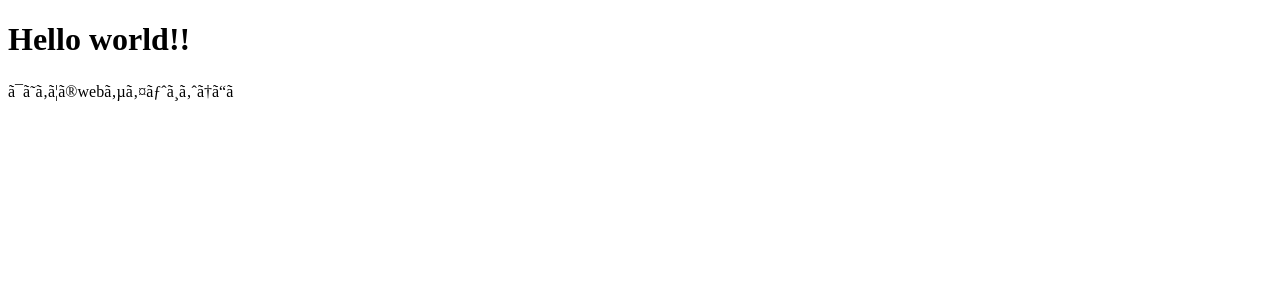
Repository: oshiroyyy/mynews
Page: html/index.html
The author's editor kept a record of every edit. The page is drawn from the files as they stood at one moment, then again after the next edit.
The browser window is 1280 px wide. The pictures show the whole page.

Above is the page before.

### html/index.html
<!DOCTYPE HTML>
<!DOCTYPE html>
<html>
<head>
    <mate charset="UTF-8" />
    <title>TECH BOOST</title>
</head>
    <body>
        <h1>Hello world!!</h1>
        <p>はじめてのwebサイトへようこそ</p>
    </body>
</html>

After the next edit:
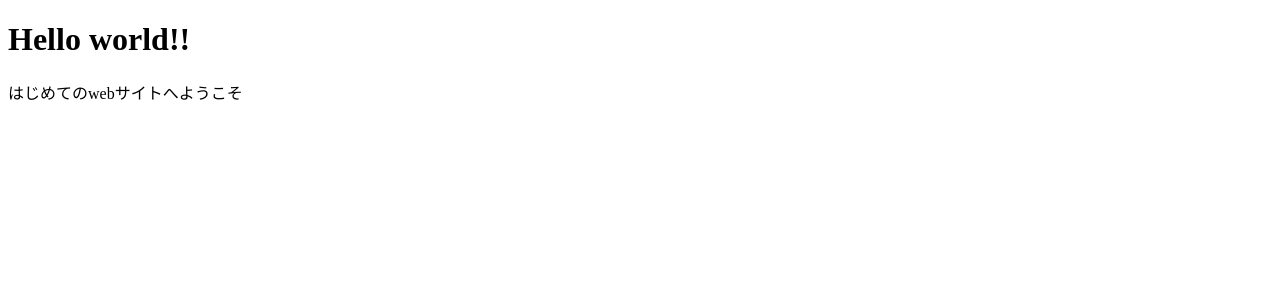
The edit:
--- a/html/index.html
+++ b/html/index.html
@@ -2,7 +2,7 @@
 <!DOCTYPE html>
 <html>
 <head>
-    <mate charset="UTF-8" />
+    <meta charset="UTF-8" />
     <title>TECH BOOST</title>
 </head>
     <body>
